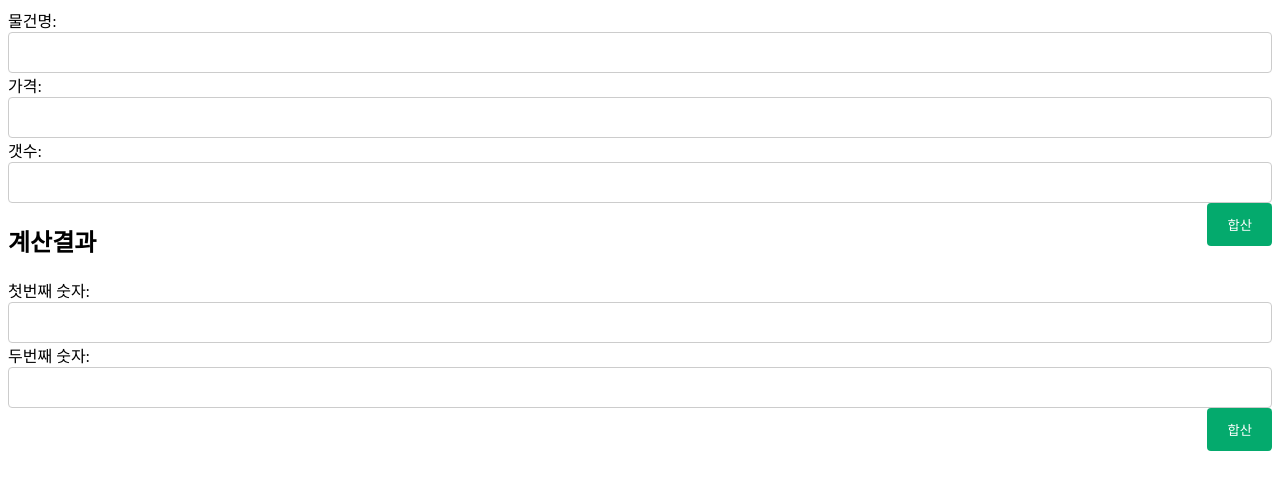
Repository: buildadoor/eclipse
Page: jspexp/src/main/webapp/a01_javascript/a01_basic/a08_function.html
These files come from the project's save history. The page is drawn as it stood at one moment and after the next save; the edit follows.
The browser window is 1280 px wide. The pictures show the whole page.

Above is the page before, as saved 2022-11-15 06:14:35.

After the next save:
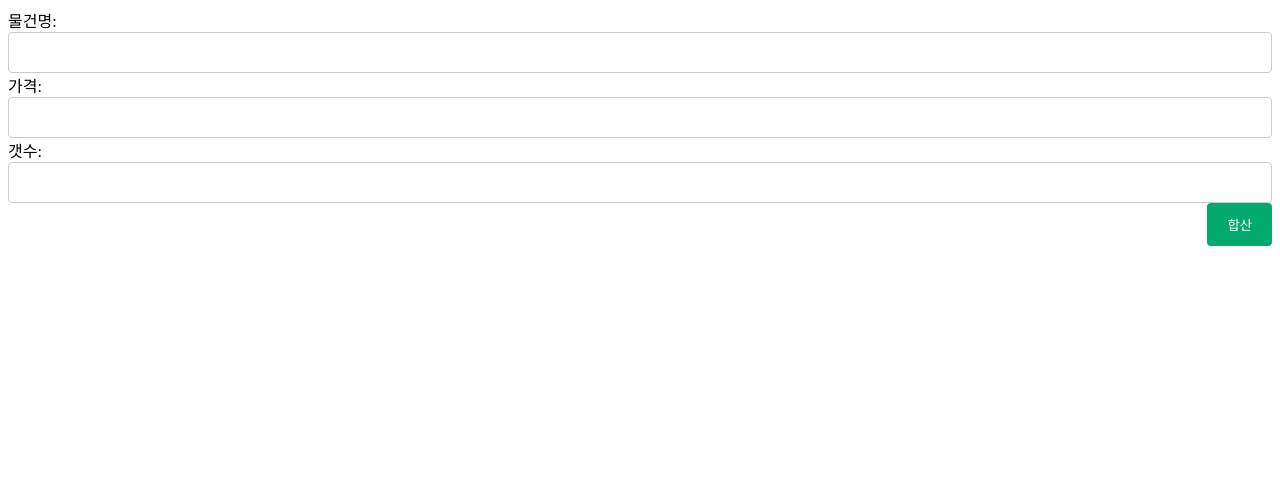
Saved 17 s later.
--- a/jspexp/src/main/webapp/a01_javascript/a01_basic/a08_function.html
+++ b/jspexp/src/main/webapp/a01_javascript/a01_basic/a08_function.html
@@ -32,11 +32,7 @@ function call01(){
 	물건명:<input type="text"/>
 	가격:<input type="text" name="num01"//>
 	갯수:<input type="text"  name="num02"/>
-	<input type="button" value="합산" onclick="call07()"/>
-	<h2>계산결과</h2>
-	첫번째 숫자:<input type="text" name="num01"/><br>
-	두번째 숫자:<input type="text" name="num02"/><br>
-	<input type="button" value="합산" onclick="call07()">
+	<input type="button" value="합산" onclick="call01()"/>
 
 
 </body>
